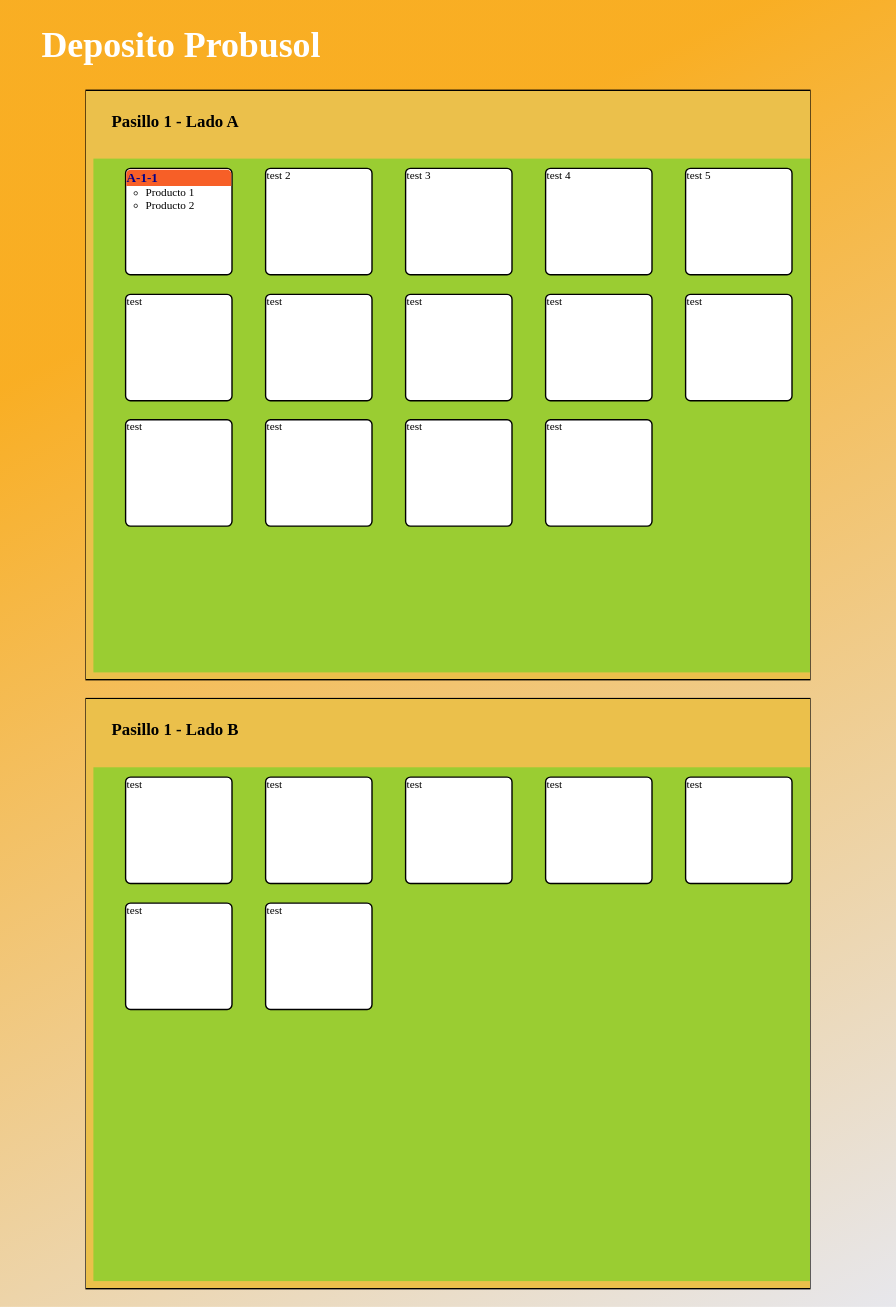
Repository: Franzcod/DepoStock_Web
Page: index.html
The author's editor kept a copy of each file at every save. The page is drawn from the files as they stood at one save, then again after the next save.
The browser window is 1280 px wide. The pictures show the whole page, at 70% of full size.

Above is the page before, as saved 2020-06-07 20:14:53.
Console error: ReferenceError: ur is not defined

After the next save:
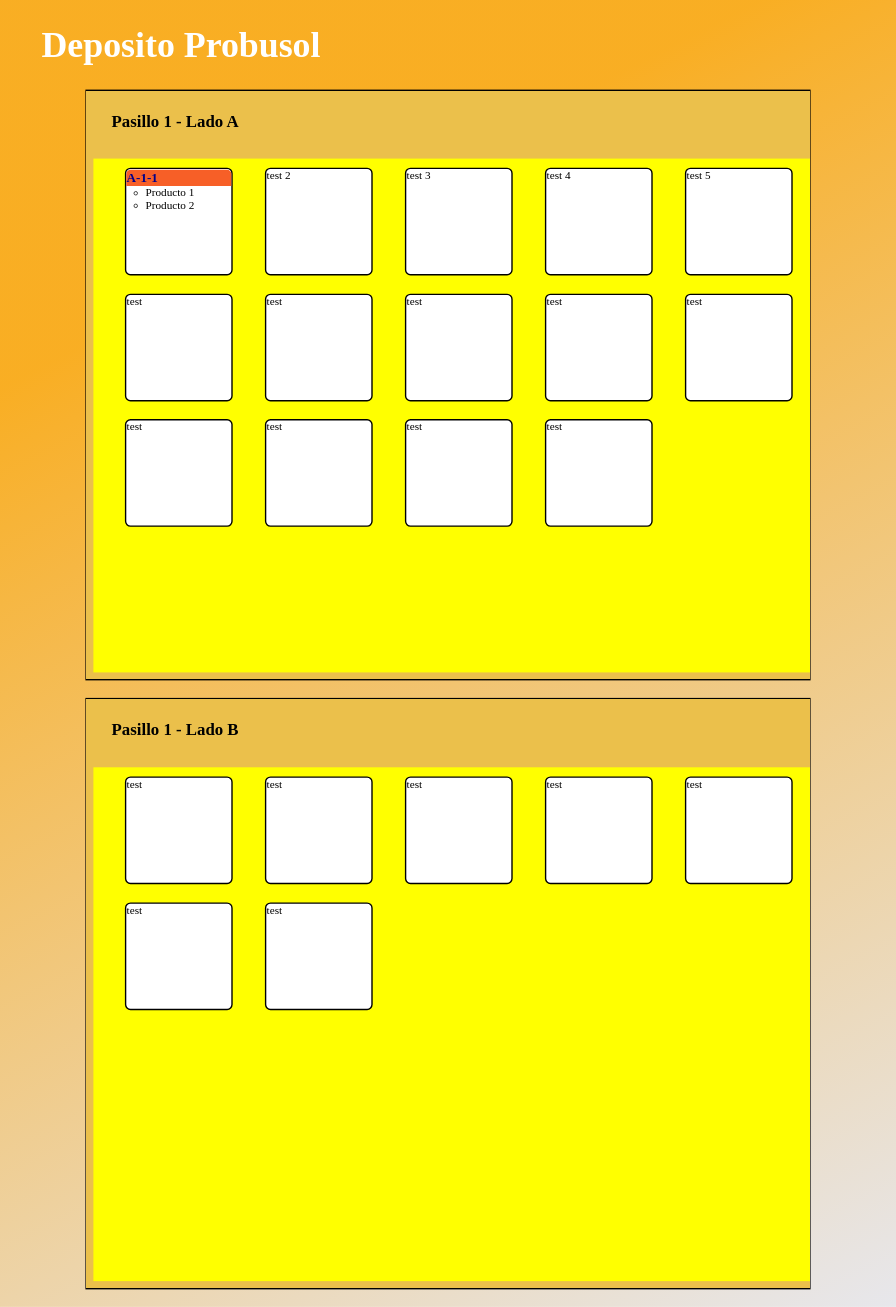
Saved 8 s later.
--- a/estilo/estilo.css
+++ b/estilo/estilo.css
@@ -38,7 +38,7 @@ html{
     overflow-x: auto;
     /* scroll-snap-type: x proximity; */
     padding-bottom: calc(.75 * var(--gutter));
-    background-color: yellowgreen;
+    background-color: yellow;
     width: 2000px;
     align-items: center;
     margin: auto;
